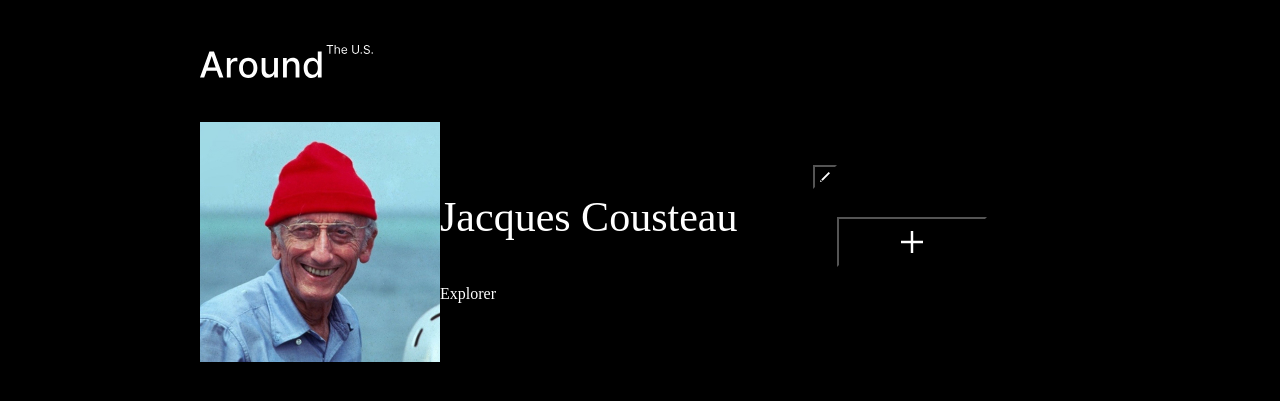
Repository: al-XLeMEsTRE/Around-The-U.S
Page: index.html
The author's editor kept a copy of each file at every save. The page is drawn from the files as they stood at one save, then again after the next save.
The browser window is 1280 px wide. The pictures show the whole page.

Above is the page before, as saved 2023-12-12 15:38:47.

After the next save:
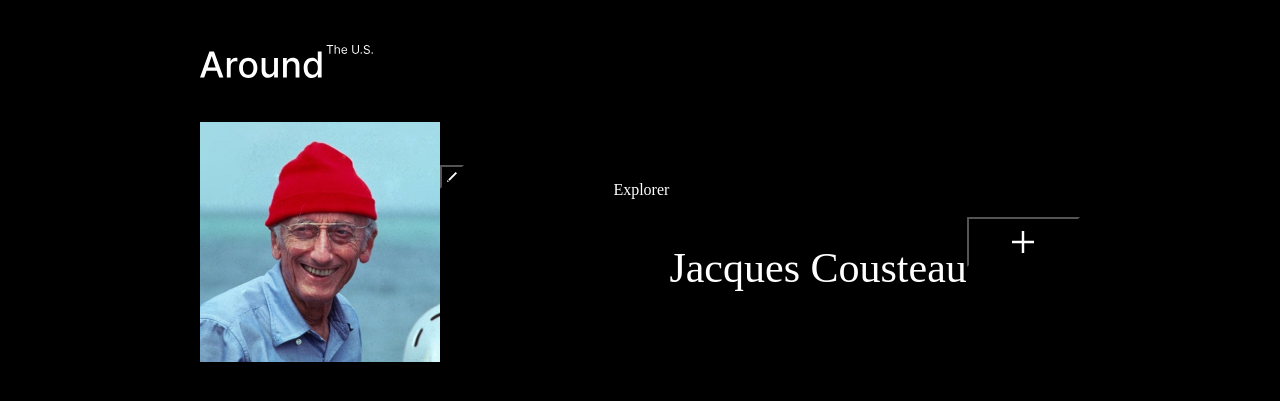
Saved 21 s later.
--- a/blocks/page.css
+++ b/blocks/page.css
@@ -38,4 +38,5 @@
   font-size: 42px;
   line-height: 48px;
   font-weight: 500;
+  grid-area: title;
 }

After the 3 saves that followed:
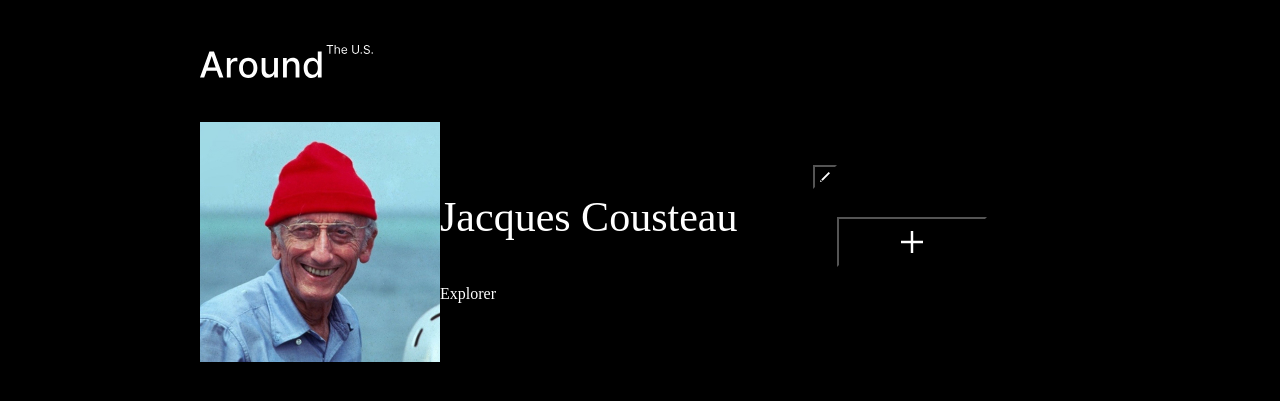
The 3 saves are shown as one change because 2 left the picture as it was.
The last was saved 2 min 15 s later.
--- a/index.html
+++ b/index.html
@@ -48,7 +48,7 @@
           <div class="profile__info">
             <h1 class="profile__title">Jacques Cousteau</h1>
             <button class="profile__edit-button" type="button"></button>
-            <p class="profile__subtitle">Explorer</p>
+            <p class="profile__description">Explorer</p>
           </div>
           <button class="profile__add-button"></button>
         </section>
--- a/blocks/page.css
+++ b/blocks/page.css
@@ -19,7 +19,7 @@
 .profile__info {
   display: grid;
   grid-template-areas:
-    "title button" x
+    "title button"
     "description description";
   grid-template-columns: minmax(auto, 373px) auto;
 }
@@ -33,6 +33,7 @@
   background: transparent url(../images/add-button.svg) center no-repeat;
   width: 150px;
   height: 50px;
+  grid-area: button;
 }
 .profile__title {
   font-size: 42px;
